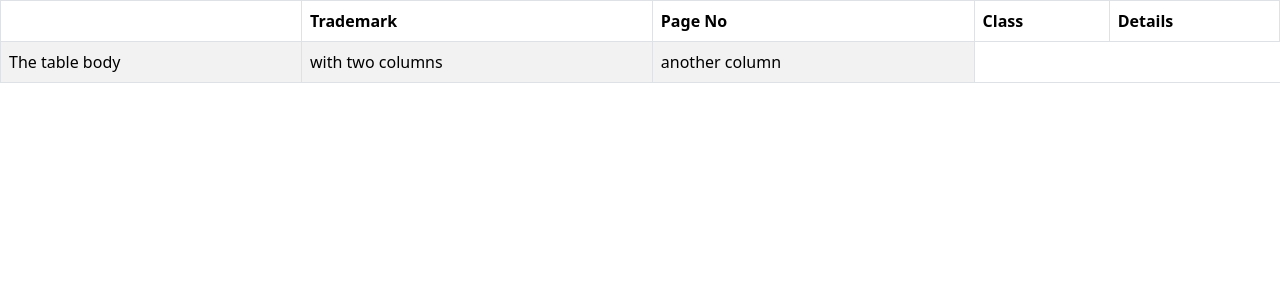
Repository: ishanbassi/trademark-gazette-searcher
Page: /
The author's editor kept a copy of each file at every save. The page is drawn from the files as they stood at one save, then again after the next save.
The browser window is 1280 px wide. The pictures show the whole page.
The project was rebuilt for these pictures with package versions that can differ from the ones it lists, and the page was loaded fresh each time. The framework's server and built-in components were replaced by stand-ins that run in the browser. Also part of the build but not shown: next.config.js, styles/global.css.

Above is the page before, as saved 2022-04-04 16:14:25.

After the next save:
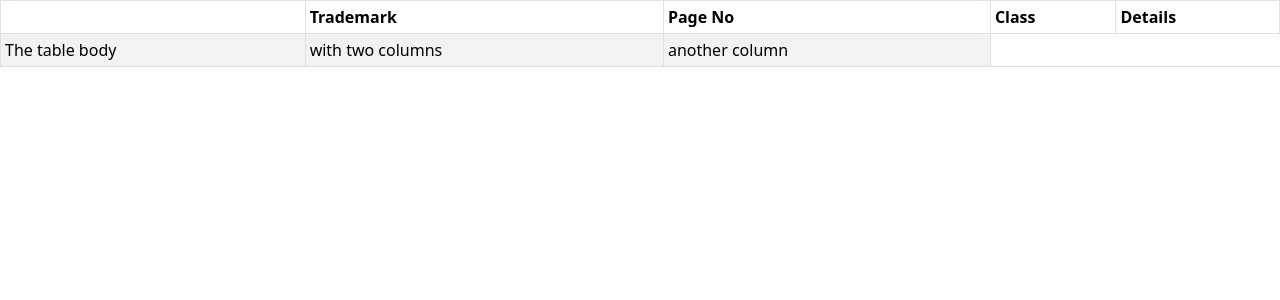
Saved 40 s later.
--- a/pages/index.tsx
+++ b/pages/index.tsx
@@ -2,7 +2,7 @@ import { GetServerSideProps } from "next"
 import {Table} from 'react-bootstrap'
 export default function App(props) {
     return(
-        <Table striped bordered hover>
+        <Table striped bordered hover size="sm">
             <thead>
                 <tr>
                     <th ></th>
